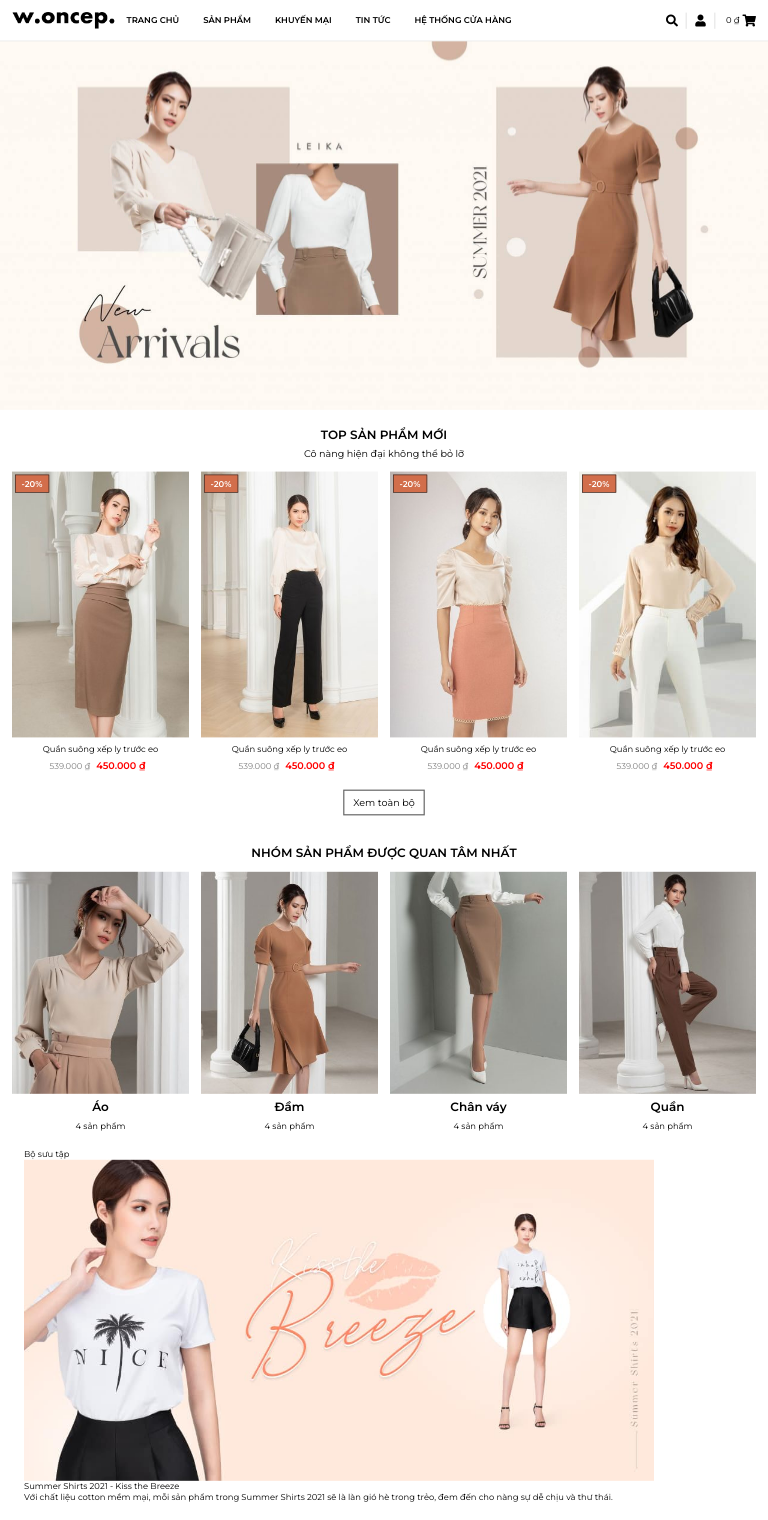
Repository: Nguyenductuan-dev/bt_j2team
Page: index.html
These files come from the project's save history. The page is drawn as it stood at one moment and after the next save; the edit follows.
The browser window is 1280 px wide. The pictures show the whole page, at 60% of full size.

Above is the page before, as saved 2021-12-12 16:59:52.

### index.html
<!DOCTYPE html>
<html lang="en">
<head>
    <meta charset="UTF-8">
    <meta http-equiv="X-UA-Compatible" content="IE=edge">
    <meta name="viewport" content="width=device-width, initial-scale=1.0">
    <link rel="stylesheet" href="css/style.css">
    <link rel="stylesheet" href="./fonts/fontawesome-free-5.15.3-web/css/all.min.css">

    <link rel="preconnect" href="https://fonts.googleapis.com">
    <link rel="preconnect" href="https://fonts.gstatic.com" crossorigin>
    <link href="https://fonts.googleapis.com/css2?family=Montserrat:ital,wght@0,200;0,300;0,400;0,500;0,600;0,700;1,600&display=swap" rel="stylesheet">
    <title>Document</title>
</head>
<body>

    <div class="wrapper">

        <!-- HEADER -->
        <div class="header">

            <div class="header__logo">
                <a class="header__logo_link" href="">
                    <img class="header__logo_img" src="./images/logo.png" alt="">
                </a>
            </div>

            <nav class="header__navbar">
                <ul class="header__navbar_list">
                    <li class="header__navbar_item">
                        <a href="" class="header__navbar_link">Trang chủ</a>
                    </li>
                    <li class="header__navbar_item">
                        <a href="" class="header__navbar_link">Sản phẩm</a>
                    </li>
                    <li class="header__navbar_item">
                        <a href="" class="header__navbar_link">Khuyến mại</a>
                    </li>
                    <li class="header__navbar_item">
                        <a href="" class="header__navbar_link">Tin tức</a>
                    </li>
                    <li class="header__navbar_item">
                        <a href="" class="header__navbar_link">hệ thống cửa hàng</a>
                    </li>
                </ul>
            </nav>

            <div class="header__right">
                <div class="header__search">
                    <i class="fas fa-search header__search-icon"></i>
                </div>

                <div class="header__user">
                    <i class="fas fa-user header__user-icon"></i>
                </div>

                <div class="header__cart">
                    <div class="header__cart_price">
                        0 ₫
                    </div>
                    <div class="header__cart">
                        <i class="fas fa-shopping-cart header__cart_icon"></i>
                    </div>
                </div>
            </div>

        </div>

        <!-- CONTAINER -->
        <div class="container">

            <div class="banner">
                <div class="banner__link">
                    <img src="./images/banner.jpg" alt="" class="banner__img">
                </div>
            </div>
            <!-- Product -->
            <div class="home__product">
                <div class="home__product-heading">
                    <h3 class="home__product-heading-title">
                        TOP SẢN PHẨM MỚI
                    </h3>
                    <p class="home__product-heading-description">
                        Cô nàng hiện đại không thể bỏ lỡ
                    </p>
                </div>
                <div class="home__product-list">
                    <div class="home__product-item">
                        <a href="" class="home__product-item__link">
                            <img src="./images/product1.jpg" alt="" class="home__product-item__img">
                        </a>

                        <a href="">
                            <h3 class="home__product-item__title">
                                Quần suông xếp ly trước eo
                            </h3>
                        </a>
                        <div class="home__product-item__price">
                            <span class="home-product-item__price-old">539.000 ₫</span>
                            <span class="home-product-item__price-current">450.000 ₫</span>
                        </div>

                        <div class="home-product-item__sale-off">
                            <span>-20%</span>
                        </div>

                    </div>
                    <div class="home__product-item">
                        <a href="" class="home__product-item__link">
                            <img src="./images/product2.jpg" alt="" class="home__product-item__img">
                        </a>

                        <a href="">
                            <h3 class="home__product-item__title">
                                Quần suông xếp ly trước eo
                            </h3>
                        </a>
                        <div class="home__product-item__price">
                            <span class="home-product-item__price-old">539.000 ₫</span>
                            <span class="home-product-item__price-current">450.000 ₫</span>
                        </div>

                        <div class="home-product-item__sale-off">
                            <span>-20%</span>
                        </div>

                    </div>
                    <div class="home__product-item">
                        <a href="" class="home__product-item__link">
                            <img src="./images/product3.jpg" alt="" class="home__product-item__img">
                        </a>

                        <a href="">
                            <h3 class="home__product-item__title">
                                Quần suông xếp ly trước eo
                            </h3>
                        </a>
                        <div class="home__product-item__price">
                            <span class="home-product-item__price-old">539.000 ₫</span>
                            <span class="home-product-item__price-current">450.000 ₫</span>
                        </div>

                        <div class="home-product-item__sale-off">
                            <span>-20%</span>
                        </div>

                    </div>
                    <div class="home__product-item">
                        <a href="" class="home__product-item__link">
                            <img src="./images/product4.jpg" alt="" class="home__product-item__img">
                        </a>

                        <a href="">
                            <h3 class="home__product-item__title">
                                Quần suông xếp ly trước eo
                            </h3>
                        </a>
                        <div class="home__product-item__price">
                            <span class="home-product-item__price-old">539.000 ₫</span>
                            <span class="home-product-item__price-current">450.000 ₫</span>
                        </div>

                        <div class="home-product-item__sale-off">
                            <span>-20%</span>
                        </div>
                    </div>
                </div>

                <div class="home__product-total">
                    <a href="" class="home__product-total-link">Xem toàn bộ</a>
                </div>
            </div>

            <!-- Catalogue -->
            <div class="home_catalogue">
                <h3 class="home_catalogue-heading">
                    NHÓM SẢN PHẨM ĐƯỢC QUAN TÂM NHẤT
                </h3>

                <div class="home_catalogue-list">
                    <div class="home_catalogue-item">
                        <a class="home_catalogue-link" href="">
                            <img class="home_catalogue-img" src="./images/catalogue1.jpg" alt="">
                            <h3 class="home_catalogue-title">Áo</h3>
                            <p class="home_catalogue-quantily">4 sản phẩm</p>
                        </a>
                    </div>
                    <div class="home_catalogue-item">
                        <a class="home_catalogue-link" href="">
                            <img class="home_catalogue-img" src="./images/catalogue2.jpg" alt="">
                            <h3 class="home_catalogue-title">Đầm</h3>
                            <p class="home_catalogue-quantily">4 sản phẩm</p>
                        </a>
                    </div>
                    <div class="home_catalogue-item">
                        <a class="home_catalogue-link" href="">
                            <img class="home_catalogue-img" src="./images/catalogue3.jpg" alt="">
                            <h3 class="home_catalogue-title">Chân váy</h3>
                            <p class="home_catalogue-quantily">4 sản phẩm</p>
                        </a>
                    </div>
                    <div class="home_catalogue-item">
                        <a class="home_catalogue-link" href="">
                            <img class="home_catalogue-img" src="./images/catalogue4.jpg" alt="">
                            <h3 class="home_catalogue-title">Quần</h3>
                            <p class="home_catalogue-quantily">4 sản phẩm</p>
                        </a>
                    </div>
                </div>
            </div>

            <!-- Collection -->
            <div class="home_collection">
                <h3 class="home_collection-heading">
                    Bộ sưu tập
                </h3>
                <a href="" class="home_collection-link">
                    <img src="./images/banner2.jpg" alt="" class="home_collection-img">
                    <h3 class="home_collection-title">
                        Summer Shirts 2021 - Kiss the Breeze
                    </h3>
                    <p class="home_collection-descriptin">
                        Với chất liệu cotton mềm mại, mỗi sản phẩm trong Summer Shirts 2021 sẽ là làn gió hè trong trẻo,
                        đem đến cho nàng sự dễ chịu và thư thái.
                    </p>
                </a>
            </div>
        </div>

    </div>

    <script src="javascript/main.js"></script>
</body>
</html>

### css/style.css
* {
    margin: 0;
    padding: 0;
    box-sizing: border-box;
    outline: 0;
}

img {
    display: block;
    max-width: 100%;
    margin: 0;
}

a {
    text-decoration: none;
    color: inherit;
}

h1, h2, h3, h4, h5, h6 {
    font-size: 14px;
    font-weight: 400;
}

p, ul {
    margin: 0;
    padding: 0;
}

body {
    font-family: "Montserrat", sans-serif;
    font-weight: 400;
    font-size: 14px;
}


.header {
    display: flex;
    justify-content: space-between;
    align-items: center;
    padding: 20px;
    flex-wrap: wrap;
    border-bottom: 1px solid #ccc;
}
.header__navbar {
    flex: 1;
}

.header__navbar_list {
    display: flex;
    list-style: none;
    font-size: 14px;
    text-transform: uppercase;
    font-weight: 600;
}
.header__navbar_item {
    padding: 0 20px;
}

.header__right {
    display: flex;
    justify-content: space-between;
    flex-wrap: wrap;
    width: 150px;
    align-items: center;
}

.header__search-icon,
.header__user-icon,
.header__cart_icon{
    font-size: 20px;
    font-weight: 300;
}
.header__cart {
    display: flex;
    justify-content: space-between;

}
.header__user {
    padding: 3px 15px;
    border-left: 1px solid #ccc;
    border-right: 1px solid #ccc;

}
.header__cart_price {
    padding: 0 5px;
    font-size: 14px;
}

/* CONTAINER */
.home__product {
    margin-top: 30px;
}
.home__product-heading {
    text-align: center;
}
.home__product-heading-title {
    font-size: 20px;
    font-weight: 600;
    text-transform: uppercase;
    margin-bottom: 10px;
}

.home__product-heading-description {
    font-size: 16px;
}

.home__product-list {
    margin-top:  20px;
    display: grid;
    grid-template-columns: 1fr 1fr 1fr 1fr;
    grid-gap: 20px;
    padding: 0 20px;
}
.home__product-item {
    position: relative;
}
.home__product-item__img {
    width: 100%;
    margin-bottom: 10px;
}
.home__product-item__title {
    font-size: 14px;
    text-align: center;
    margin-bottom: 10px;
}

.home__product-item__price {
    display: flex;
    justify-content: center;
}
.home-product-item__price-old {
    font-size: 14px;
    color: gray;
}
.home-product-item__price-current {
    font-size: 16px;
    color: red;
    font-weight: 600;
    padding: 0 10px;
}
.home-product-item__sale-off {
    position:absolute;
    top:5px;
    left: 5px;
    padding: 5px 10px;
    background-color: #d26e4b;
    color: #fff;
    font-weight: 600;
    border: 1px solid #222;
}
.home__product-total {
    margin-top: 30px;
    text-align: center;
}
.home__product-total-link {
    display: inline-block;
    font-size: 16px;
    padding: 10px 15px;
    border: 2px solid #666;
}

/* CATALOGUE */

.home_catalogue {
    margin-top: 50px;
}

.home_catalogue-heading {
    text-align: center;
    font-size: 20px;
    font-weight: 600;
}
.home_catalogue-list {
    margin-top:  20px;
    display: grid;
    grid-template-columns: 1fr 1fr 1fr 1fr;
    grid-gap: 20px;
    padding: 0 20px;
}
.home_catalogue-link {
    display: block;
}
.home_catalogue-img {
    width: 100%;
    margin-bottom: 10px;
}
.home_catalogue-title {
    font-size: 20px;
    font-weight: 600;
    text-align: center;
    margin-bottom: 10px;

}
.home_catalogue-quantily {
    text-align: center;
    font-size: 14px;
}
.home_collection {
    max-width: 1200px;
    margin: 30px auto;
}

Loaded but not shown: fonts/fontawesome-free-5.15.3-web/css/all.min.css (library); javascript/main.js (no stored copy; drawn as an empty file)

After the next save:
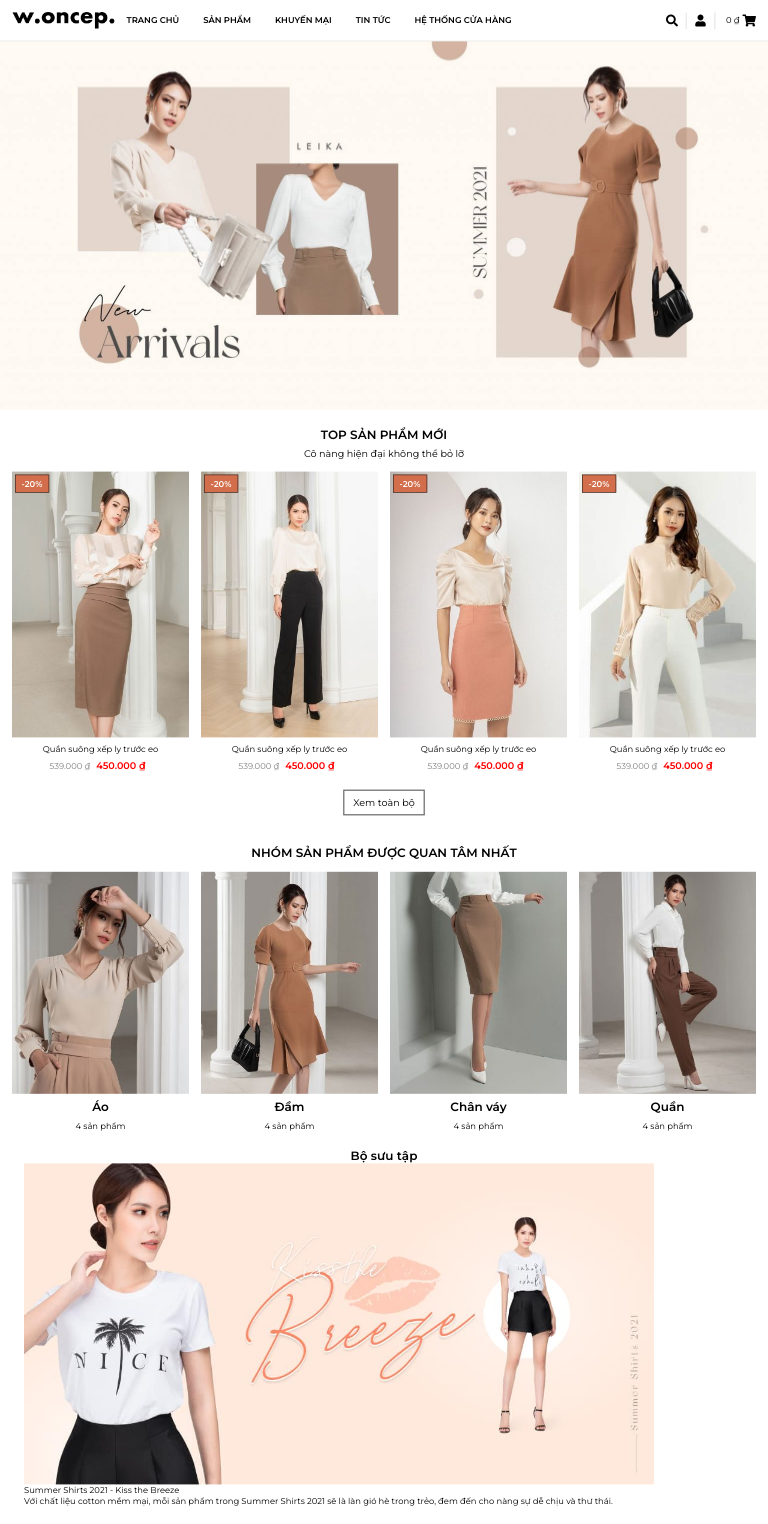
Saved 60 s later.
--- a/css/style.css
+++ b/css/style.css
@@ -199,3 +199,8 @@
     max-width: 1200px;
     margin: 30px auto;
 }
+.home_collection-heading {
+    font-size: 20px;
+    font-weight: 600;
+    text-align: center;
+}
